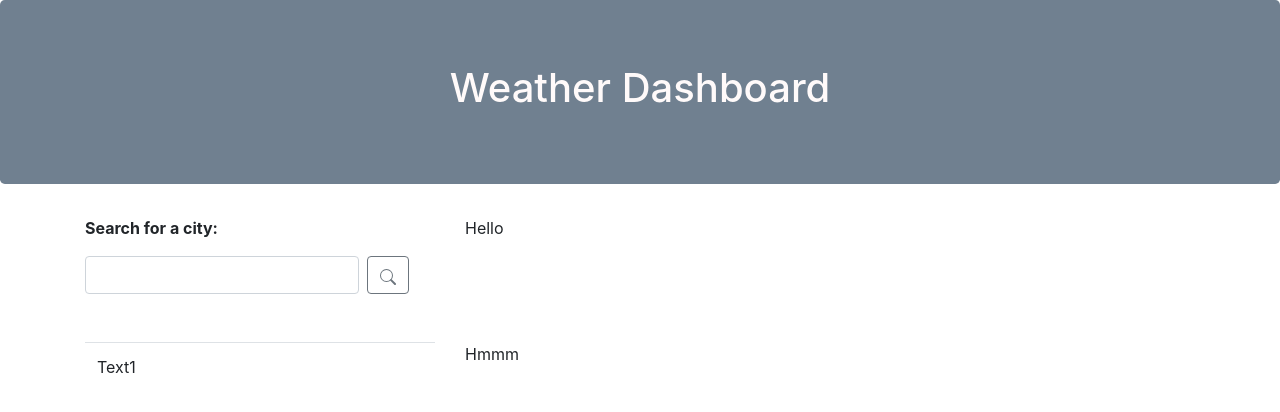
Repository: himaja830/Weather-Dashboard
Page: index.html
An editor plug-in stored every save of this project. The page is shown before and after the next save, followed by the edit.
The browser window is 1280 px wide. The pictures show the whole page.

Above is the page before, as saved 2020-06-27 11:24:31.

After the next save:
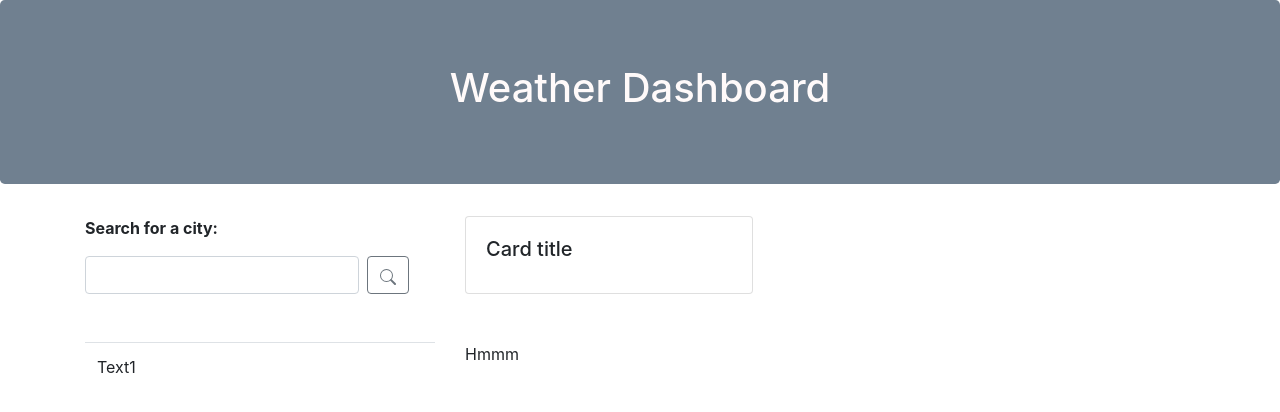
Saved 2 min 9 s later.
--- a/index.html
+++ b/index.html
@@ -27,7 +27,14 @@
               <br>
               <br>
             </div>
-            <div class="col-6">Hello</div>
+            <div class="col-6">
+                <div class="card" style="width: 18rem;">
+                    <div class="card-body">
+                      <h5 class="card-title">Card title</h5>
+                      <p class="card-text"></p>
+                    </div>
+                </div>
+            </div>
             <div class="col-4">
                 <div>
                 <table class="table">
